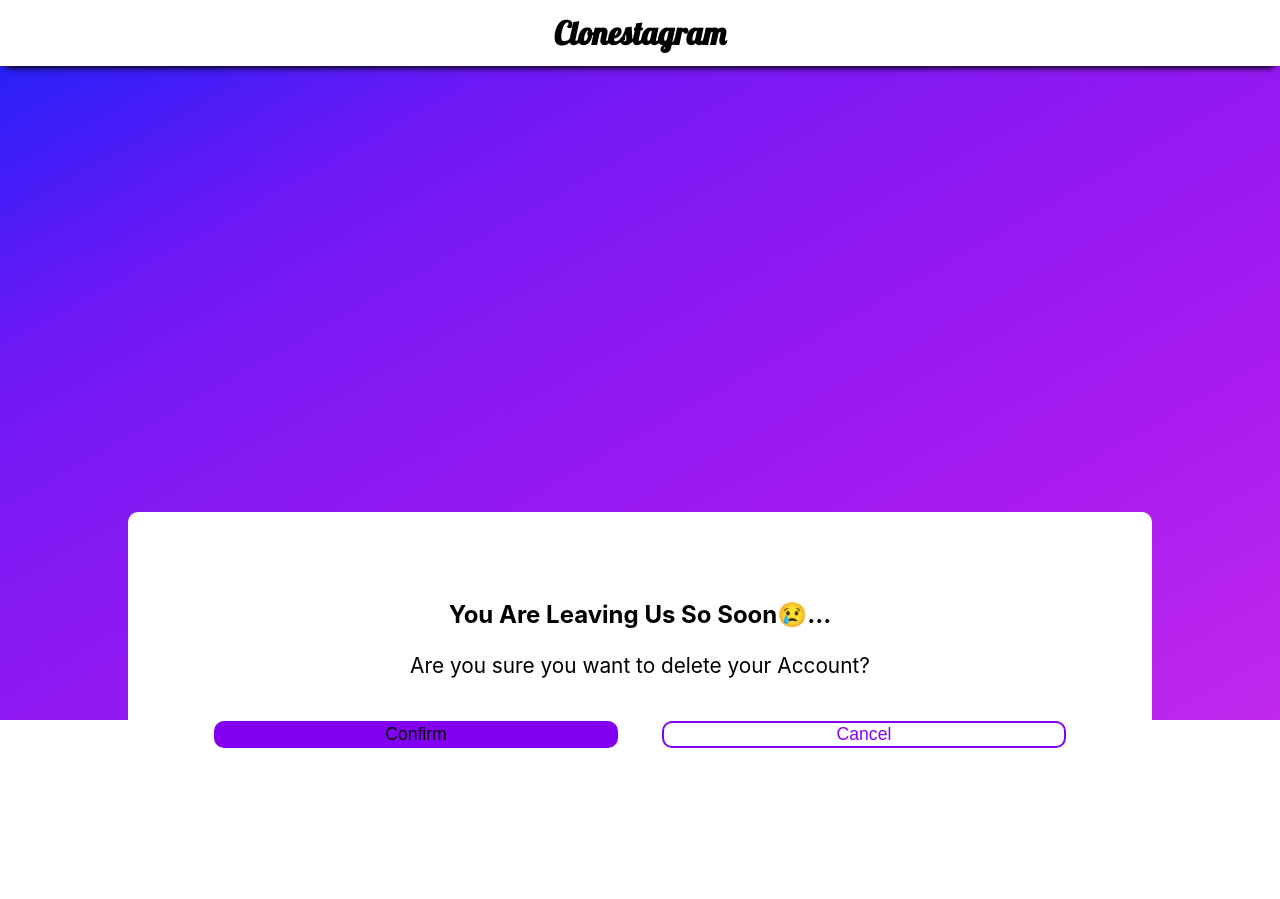
Repository: MikeMoore55/clonestagram
Page: /delaccount
The author's editor kept a copy of each file at every save. The page is drawn from the files as they stood at one save, then again after the next save.
The browser window is 1280 px wide. The pictures show the whole page.
The page's requests for data from a server got no answer. The project was rebuilt for these pictures with package versions that can differ from the ones it lists, and the page was loaded fresh each time. The framework's server and built-in components were replaced by stand-ins that run in the browser. No one was signed in, and anything a server would have sent is missing. Also part of the build but not shown: next.config.js.

Above is the page before, as saved 2022-11-24 09:11:59.

After the next save:
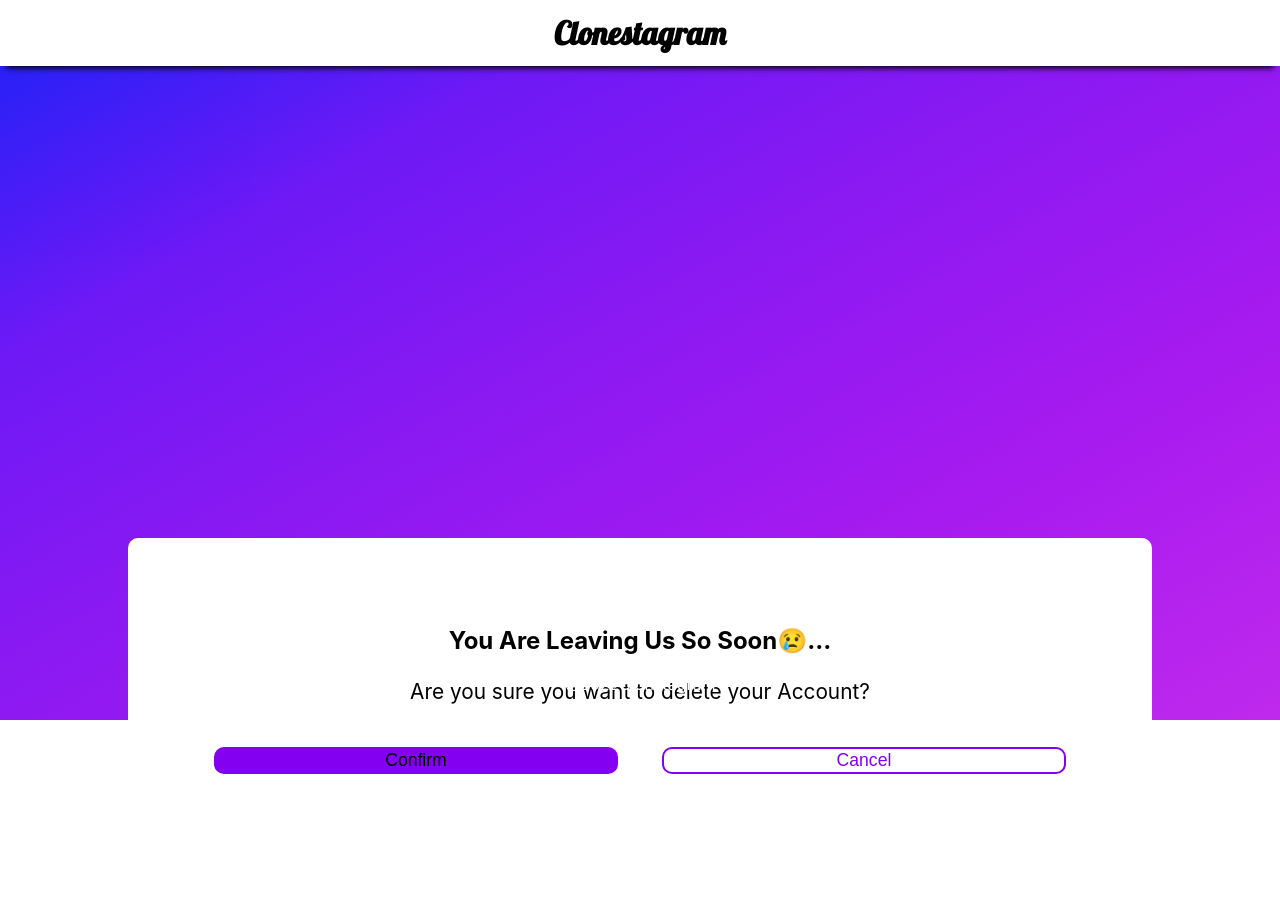
Saved 6 s later.
--- a/styles/DelAccount.module.css
+++ b/styles/DelAccount.module.css
@@ -1,7 +1,7 @@
 .container {
     position: relative;
     width: 100%;
-    padding-top: 20%;
+    padding-top: 22%;
 }
 
 .block {
